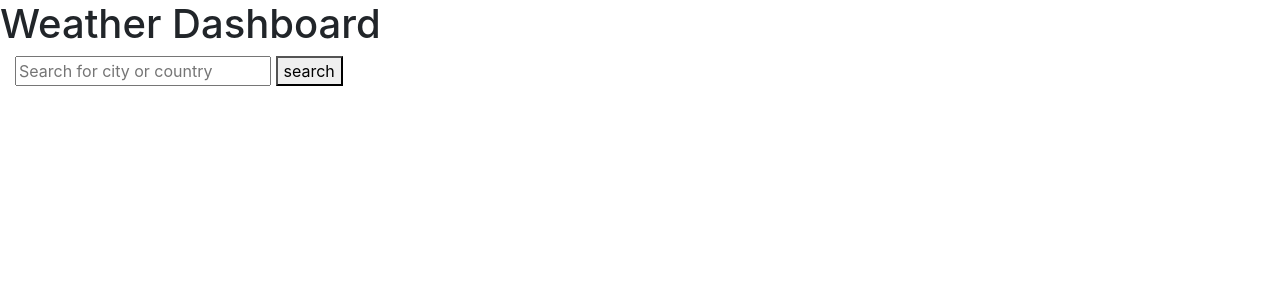
Repository: cobalt88/weather-forecast-app
Page: index.html
The author's editor kept a copy of each file at every save. The page is drawn from the files as they stood at one save, then again after the next save.
The browser window is 1280 px wide. The pictures show the whole page.
Some web libraries are served in a nearby version.

Above is the page before, as saved 2022-04-03 07:21:14.

After the next save:
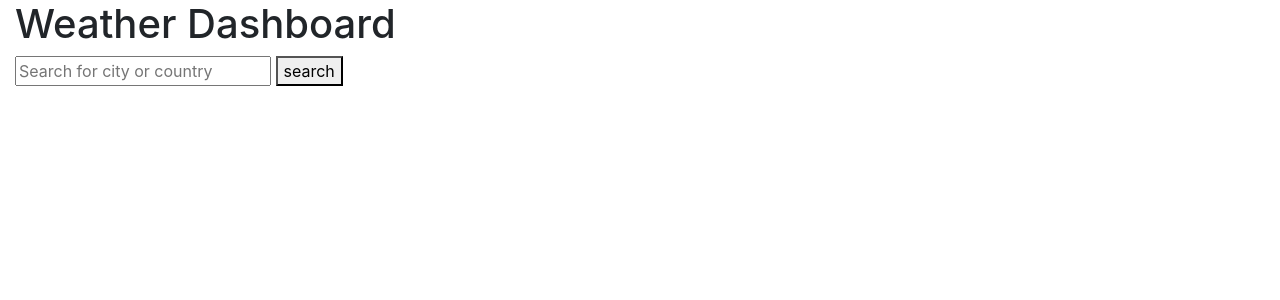
Saved 14 s later.
--- a/index.html
+++ b/index.html
@@ -24,7 +24,7 @@
 </head>
 <body>
 
-  <header><h1 class="center">Weather Dashboard</h1></header>
+  <header><h1 class="center col-12">Weather Dashboard</h1></header>
   <div class="col-xl-4 col-lg-4 col-md-4 col-sm-4 col-4">
     <input type="text" id="searchInput" placeholder="Search for city or country">
     <button type= 'button' id="search-button">search</button>
